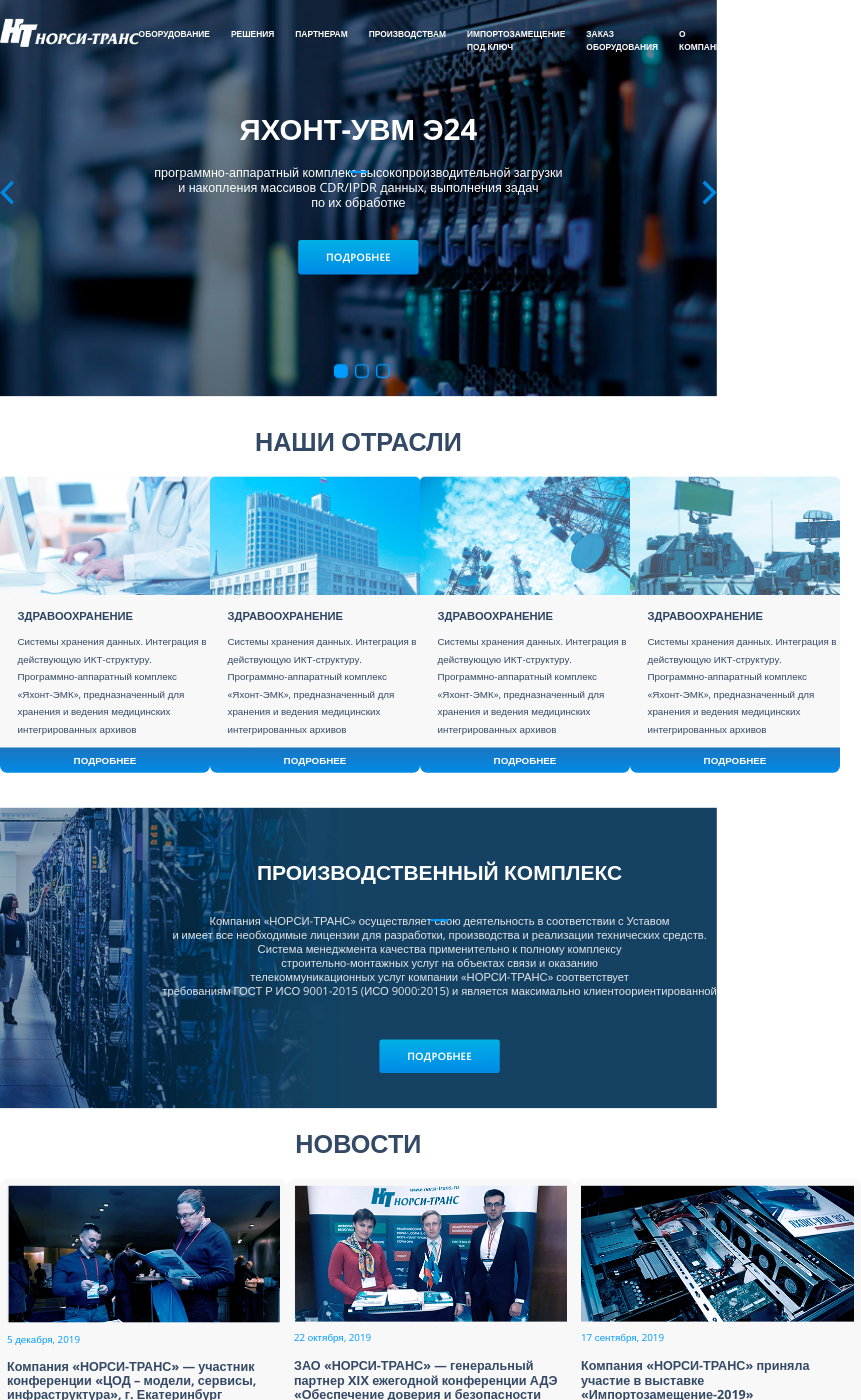
Repository: frostnn/testTaskBurbon
Page: app/index.html
An editor plug-in stored every save of this project. The page is shown before and after the next save, followed by the edit.
The browser window is 1024 px wide. The page is 1230 px wide, so the pictures cover 1230 px, including what lies to the right of the window. The pictures show the part of the page from y = 0 to 2000 px (the page is 3418 px tall), at 70% of full size.
The style sheet was rebuilt from its Sass, Less or Tailwind sources for each picture, by a compiler version that may differ from the author's.

Above is the page before, as saved 2020-07-16 10:05:06.

After the next save:
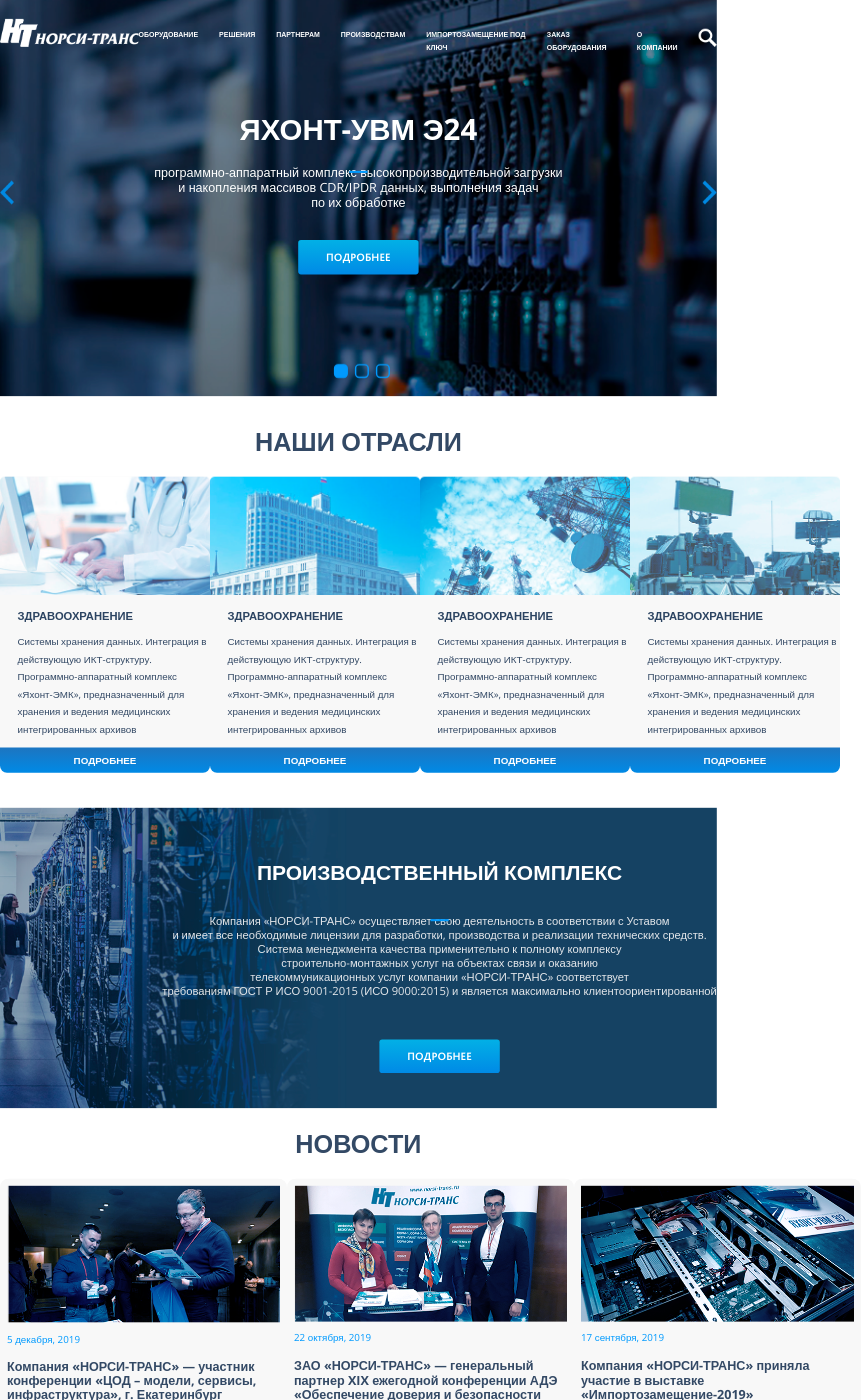
Saved 24 s later.
--- a/app/scss/_media.scss
+++ b/app/scss/_media.scss
@@ -143,5 +143,12 @@
   .program-block {
     width: 413px;
   }
-
+  .header-nav__list {
+    .header-nav__list-item {
+      margin-right: 30px;
+    }
+    .header-nav__list-link {
+      font-size: 10px;
+    }
+  }
 }
